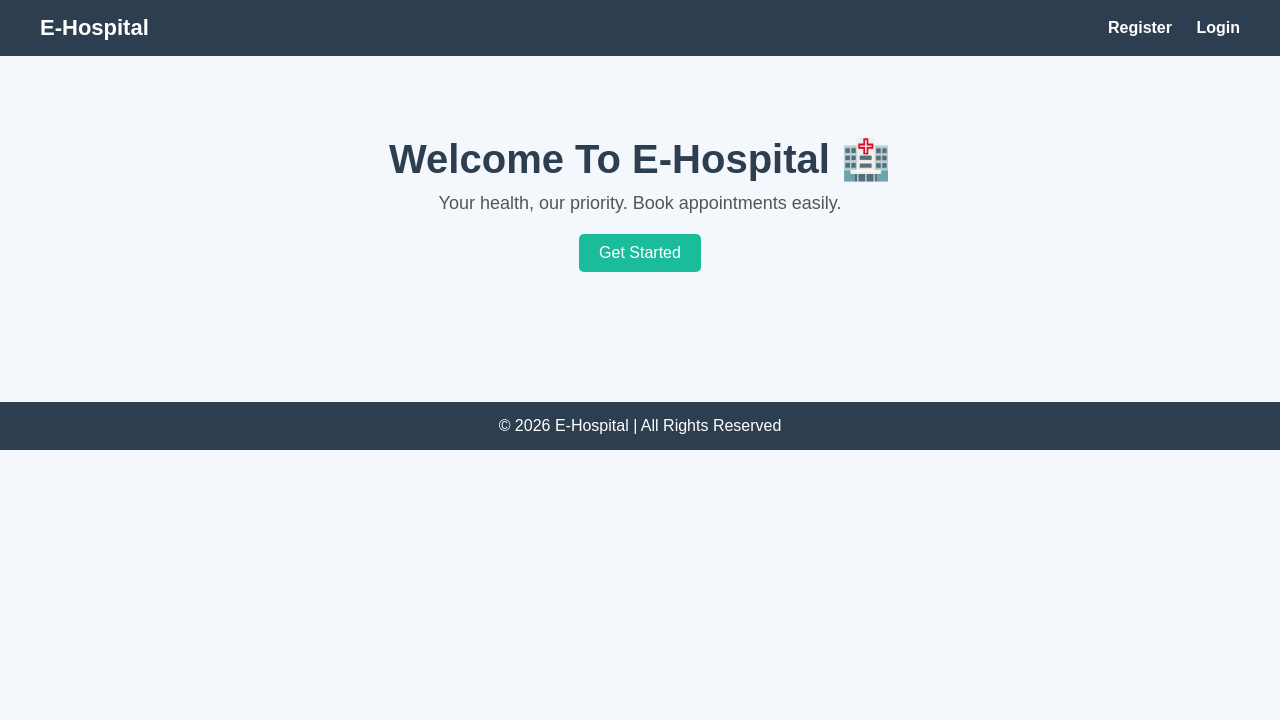
Repository: Ramjangori/Spring_Boot
Page: PatientsManagementProject/src/main/resources/static/index.html
These files come from the project's save history. The page is drawn as it stood at one moment and after the next save; the edit follows.
The browser window is 1280 px wide. The pictures show the whole page.

Above is the page before, as saved 2026-05-04 14:13:29.

After the next save:
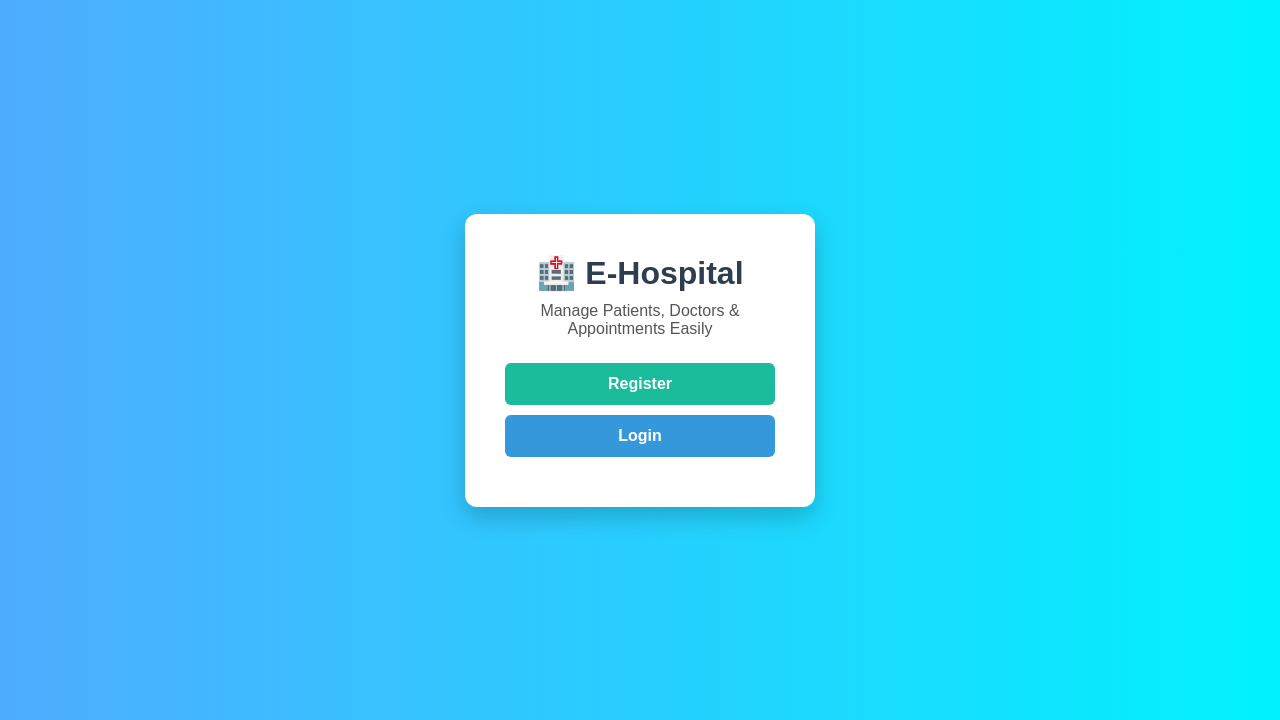
Saved 92 min 33 s later.
--- a/PatientsManagementProject/src/main/resources/static/index.html
+++ b/PatientsManagementProject/src/main/resources/static/index.html
@@ -3,7 +3,7 @@
 <head>
     <meta charset="UTF-8">
     <meta name="viewport" content="width=device-width, initial-scale=1.0">
-    <title>E-Hospital</title>
+    <title>Hospital Management</title>
 
     <style>
         * {
@@ -14,98 +14,72 @@
         }
 
         body {
-            background: #f4f7fb;
-        }
-
-        /* Header */
-        header {
-            background: #2c3e50;
-            color: white;
-            padding: 15px 40px;
+            height: 100vh;
+            background: linear-gradient(to right, #4facfe, #00f2fe);
             display: flex;
-            justify-content: space-between;
+            justify-content: center;
             align-items: center;
         }
 
-        header h2 {
-            font-size: 22px;
+        .container {
+            text-align: center;
+            background: white;
+            padding: 40px;
+            border-radius: 12px;
+            box-shadow: 0 10px 25px rgba(0,0,0,0.2);
+            width: 350px;
         }
 
-        nav a {
-            color: white;
-            text-decoration: none;
-            margin-left: 20px;
-            font-weight: bold;
+        h1 {
+            color: #2c3e50;
+            margin-bottom: 10px;
         }
 
-        nav a:hover {
-            color: #1abc9c;
-        }
-
-        /* Hero Section */
-        .hero {
-            text-align: center;
-            padding: 80px 20px;
-        }
-
-        .hero h1 {
-            font-size: 40px;
-            color: #2c3e50;
-        }
-
-        .hero p {
-            margin-top: 10px;
-            font-size: 18px;
+        p {
             color: #555;
+            margin-bottom: 25px;
         }
 
         .btn {
-            display: inline-block;
-            margin-top: 20px;
-            padding: 10px 20px;
+            display: block;
+            width: 100%;
+            padding: 12px;
+            margin: 10px 0;
+            text-decoration: none;
+            border-radius: 6px;
+            font-weight: bold;
+            transition: 0.3s;
+        }
+
+        .register {
             background: #1abc9c;
             color: white;
-            text-decoration: none;
-            border-radius: 5px;
         }
 
-        .btn:hover {
+        .register:hover {
             background: #16a085;
         }
 
-        /* Footer */
-        footer {
-            text-align: center;
-            padding: 15px;
-            background: #2c3e50;
+        .login {
+            background: #3498db;
             color: white;
-            margin-top: 50px;
+        }
+
+        .login:hover {
+            background: #2980b9;
         }
     </style>
 </head>
 
 <body>
 
-    <!-- Header -->
-    <header>
-        <h2>E-Hospital</h2>
-        <nav>
-            <a href="register">Register</a>
-            <a href="#">Login</a>
-        </nav>
-    </header>
+<div class="container">
+    <h1>🏥 E-Hospital</h1>
+    <p>Manage Patients, Doctors & Appointments Easily</p>
 
-    <!-- Hero Section -->
-    <section class="hero">
-        <h1>Welcome To E-Hospital 🏥</h1>
-        <p>Your health, our priority. Book appointments easily.</p>
-        <a href="#" class="btn">Get Started</a>
-    </section>
-
-    <!-- Footer -->
-    <footer>
-        <p>© 2026 E-Hospital | All Rights Reserved</p>
-    </footer>
+    <a href="/register" class="btn register">Register</a>
+    <a href="/login" class="btn login">Login</a>
+</div>
 
 </body>
 </html>
